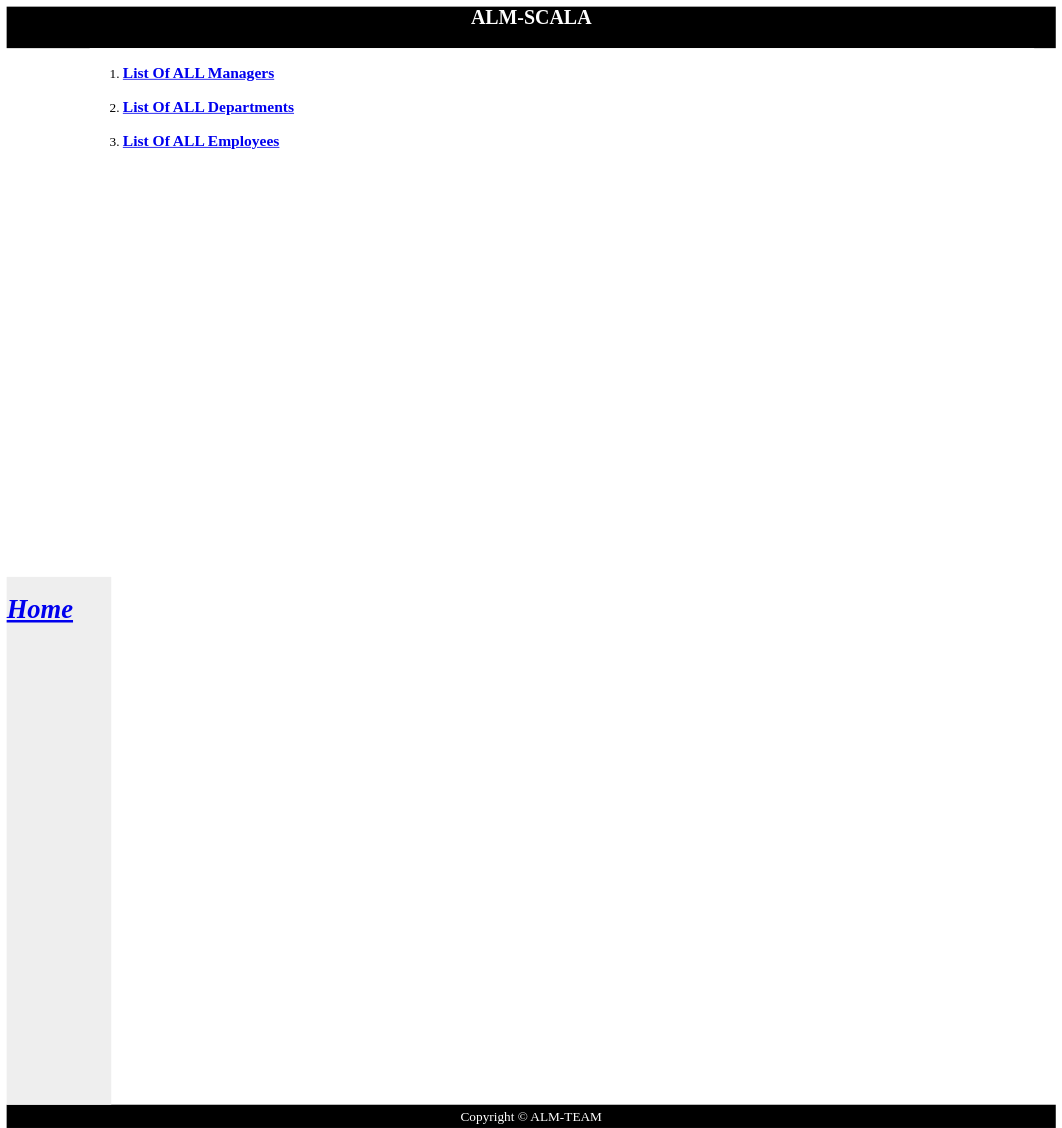
Repository: sumitkum200690/PLAY_SLICK
Page: Play_DB/app/views/index.scala.html
An editor plug-in stored every save of this project. The page is shown before and after the next save, followed by the edit.
The browser window is 1280 px wide. The pictures show the whole page, at 83% of full size.

Above is the page before, as saved 2015-09-25 10:23:11.

After the next save:
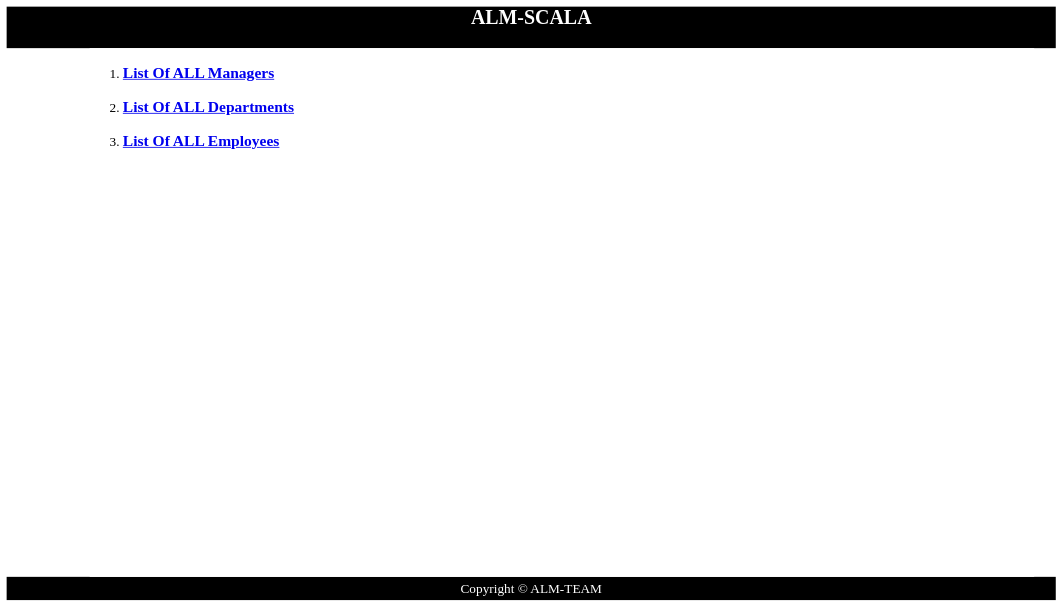
Saved 35 s later.
--- a/Play_DB/app/views/index.scala.html
+++ b/Play_DB/app/views/index.scala.html
@@ -129,9 +129,7 @@
 
 			</div>
 
-			<div id="home" style="float:left;"><a href="/"><h1><b><I>Home</I></b></h1></a></div>
 
-		</div>
 
 		<div id="footer2">
 		Copyright © ALM-TEAM
